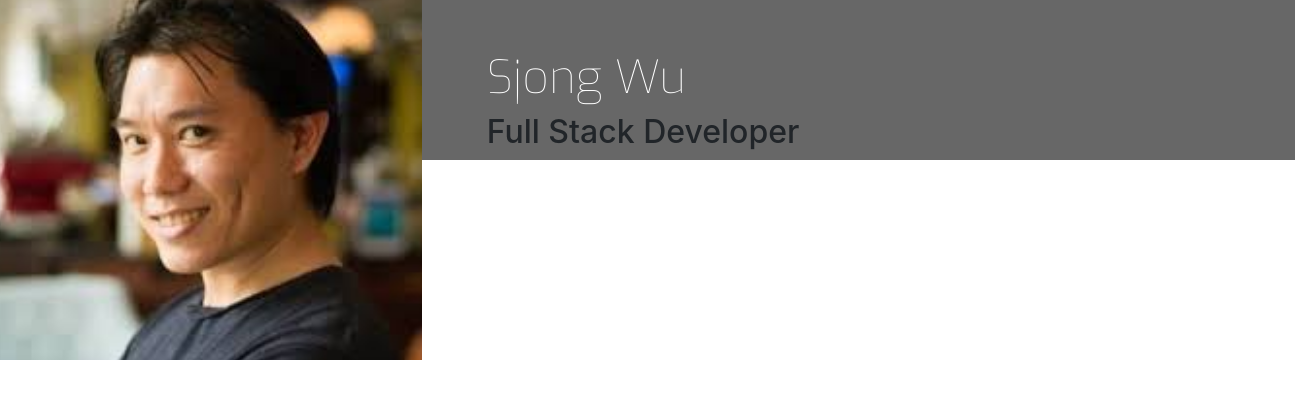
Repository: Scuzeme/codeinstitue-resume-project
Page: index.html
The author's editor kept a record of every edit. The page is drawn from the files as they stood at one moment, then again after the next edit.
The browser window is 1280 px wide. The page is 1295 px wide, so the pictures cover 1295 px, including what lies to the right of the window. The pictures show the whole page.

Above is the page before.

After the next edit:
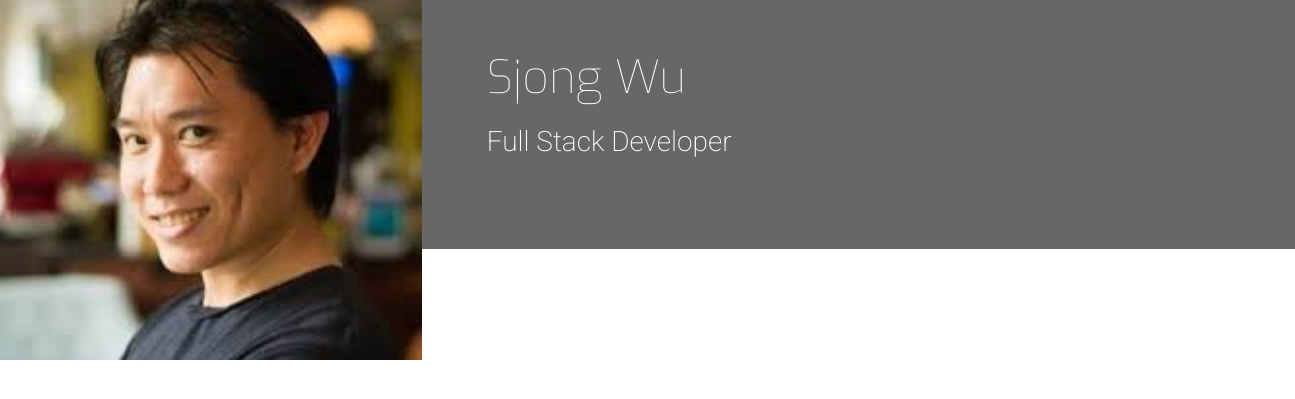
The edit:
--- a/assets/css/style.css
+++ b/assets/css/style.css
@@ -36,3 +36,12 @@ header {
     margin-top:50px;
     color:#fff;
 }
+
+.title {
+    font-family:"Roboto", sans-serif;
+    font-weight:200;
+    font-size:28px;
+    margin-top:20px;
+    margin-bottom: 90px;
+    color:#fff;
+}
